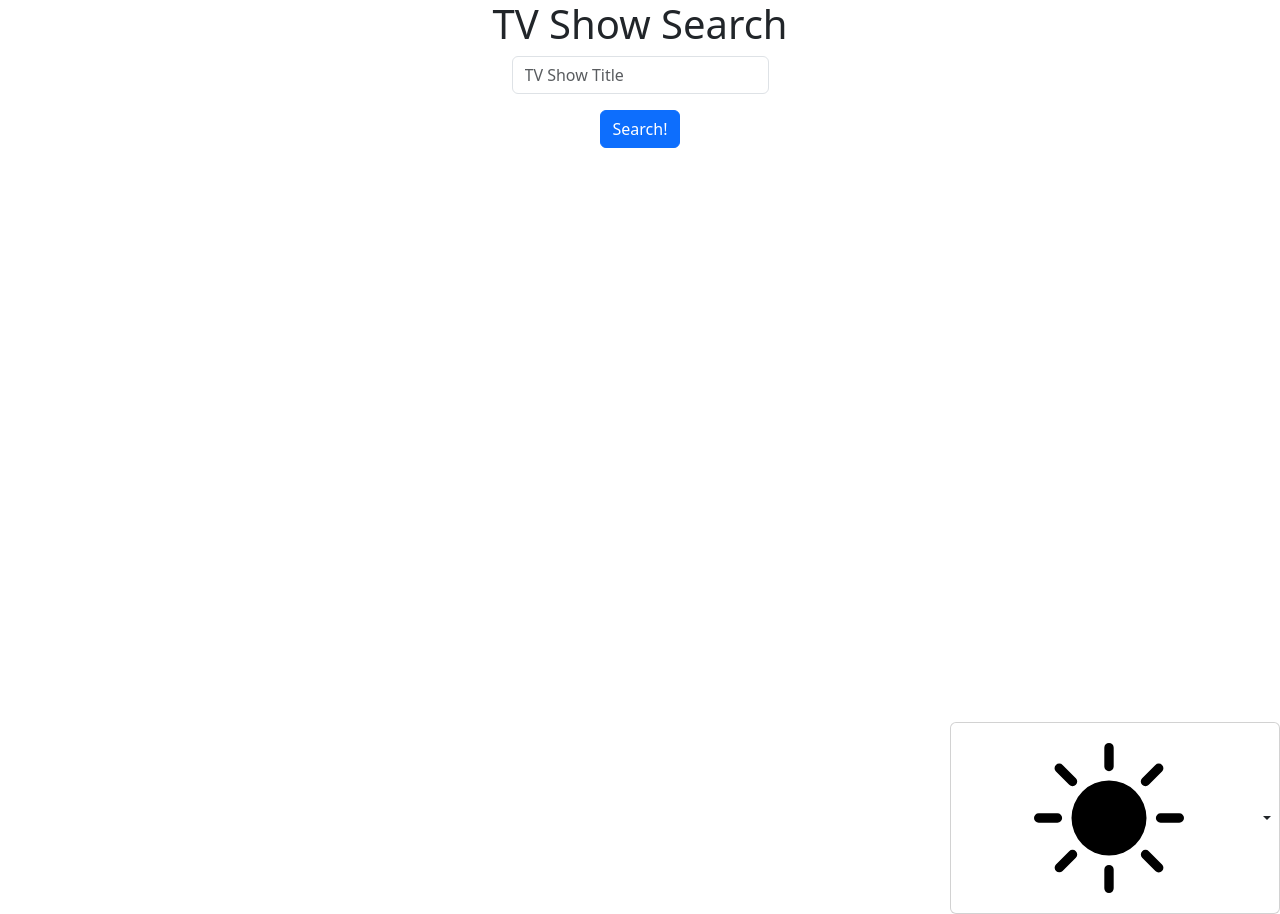
Repository: danieltikamori/wdb
Page: projects/TV-Show-search-app/index.html
The author's editor kept a copy of each file at every save. The page is drawn from the files as they stood at one save, then again after a run of saves.
The browser window is 1280 px wide. The pictures show the whole page.
Some web libraries are served in a nearby version.

Above is the page before, as saved 2023-01-28 22:01:57.

After the next 3 saves:
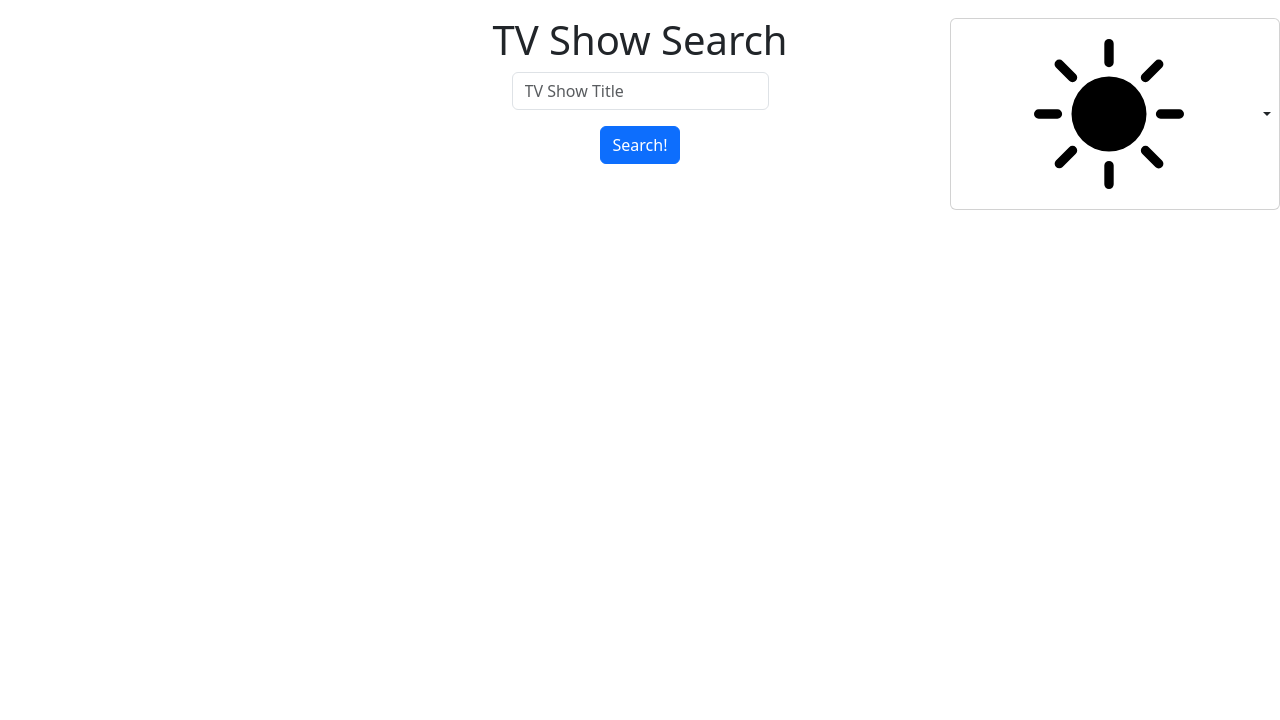
The 3 saves are shown as one change because they came seconds apart.
The last was saved 89 s later.
--- a/projects/TV-Show-search-app/index.html
+++ b/projects/TV-Show-search-app/index.html
@@ -95,7 +95,7 @@
       </symbol>
     </svg>
 
-    <header>
+    <header class="navbar navbar-expand-lg bd-navbar sticky-top">
       <ul class="dropdown-menu dropdown-menu-end show" aria-labelledby="bd-theme" style="--bs-dropdown-min-width: 8rem;" data-bs-popper="static">
         <li class="nav-item dropdown">
           <button class="btn btn-link nav-link py-2 px-0 px-lg-2 dropdown-toggle d-flex align-items-center" id="bd-theme" type="button" aria-expanded="false" data-bs-toggle="dropdown" data-bs-display="static">
